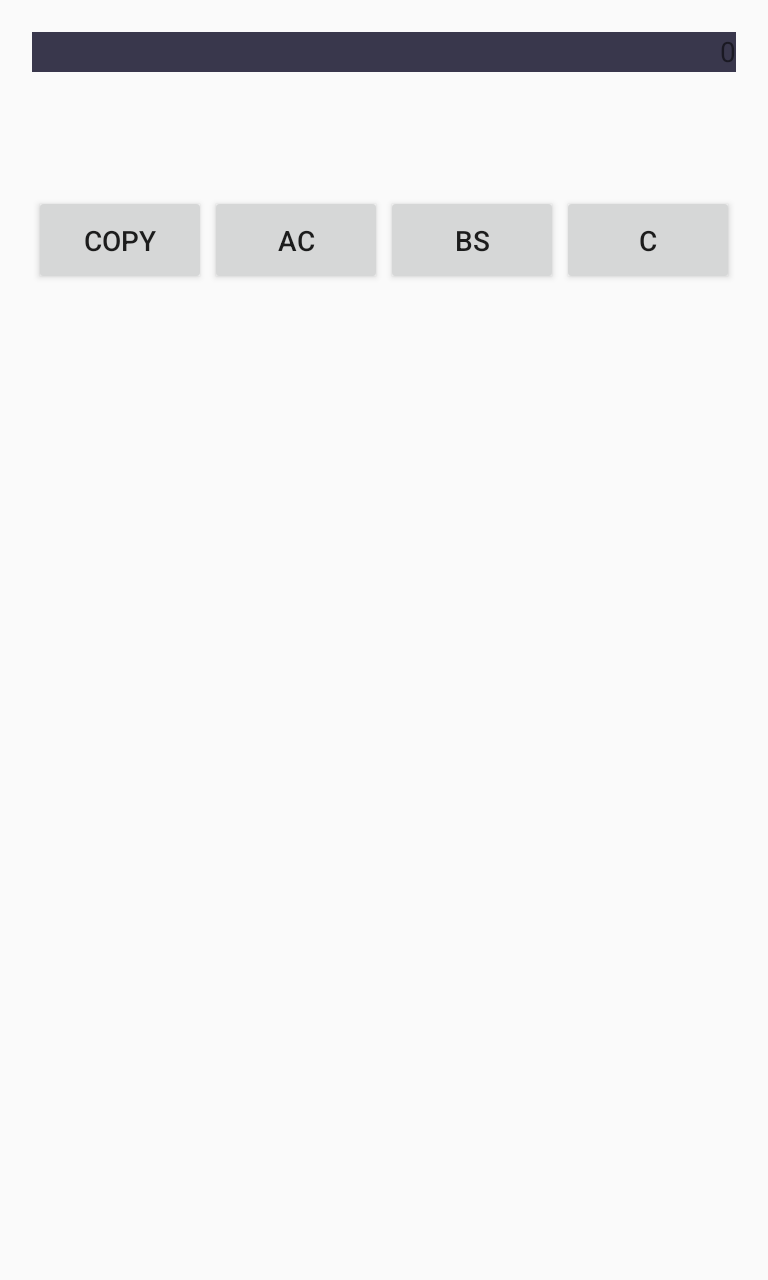
Repository: y-matsumoto/TECH.C-2015
Layout: submit/shokei/java0704/Calculator/res/layout/activity_main.xml
The author's editor kept a copy of each file at every save. The layout is drawn from the files as they stood at one save, then again after a run of saves.
It is drawn on a 768 x 1280 px phone screen (xhdpi) without system bars, with theme AppTheme; the app's code is not run.

Above is the layout before, as saved 2015-07-04 07:13:15.

### submit/shokei/java0704/Calculator/res/layout/activity_main.xml
<RelativeLayout xmlns:android="http://schemas.android.com/apk/res/android"
    xmlns:tools="http://schemas.android.com/tools"
    android:layout_width="match_parent"
    android:layout_height="match_parent"
    android:paddingBottom="@dimen/activity_vertical_margin"
    android:paddingLeft="@dimen/activity_horizontal_margin"
    android:paddingRight="@dimen/activity_horizontal_margin"
    android:paddingTop="@dimen/activity_vertical_margin"
    tools:context="com.example.calculator.MainActivity" >

    <TextView
        android:id="@+id/result"
        android:layout_width="match_parent"
        android:layout_height="20dp"
        android:gravity="end"
        android:text="0"
        android:background="#39374C"/>

    <TextView
        android:id="@+id/opera"
        android:layout_width="match_parent"
        android:layout_height="10dp"
        android:layout_below="@+id/result"
        android:text="" />

    <LinearLayout
        android:id="@+id/line1"
        android:layout_width="wrap_content"
        android:layout_height="wrap_content"
        android:layout_below="@+id/opera"
        android:layout_marginTop="50dp"
        android:orientation="horizontal" >

        <Button
            android:id="@+id/Copy"
            android:layout_width="wrap_content"
            android:layout_height="wrap_content"
            android:layout_weight="1"
            android:text="Copy" />

        <Button
            android:id="@+id/AC"
            android:layout_width="wrap_content"
            android:layout_height="wrap_content"
            android:layout_weight="1"
            android:text="AC" />

        <Button
            android:id="@+id/BS"
            android:layout_width="wrap_content"
            android:layout_height="wrap_content"
            android:layout_weight="1"
            android:text="BS" />

        <Button
            android:id="@+id/Clear"
            android:layout_width="wrap_content"
            android:layout_height="wrap_content"
            android:layout_weight="1"
            android:text="C" />
    </LinearLayout>

    <LinearLayout
        android:id="@+id/line2"
        android:layout_width="wrap_content"
        android:layout_height="wrap_content"
        android:layout_below="@+id/line1"
        android:layout_marginTop="50dp"
        android:orientation="horizontal" >
    </LinearLayout>

    <LinearLayout
        android:id="@+id/line3"
        android:layout_width="wrap_content"
        android:layout_height="wrap_content"
        android:layout_below="@+id/line2"
        android:layout_marginTop="50dp"
        android:orientation="horizontal" >
    </LinearLayout>

    <LinearLayout
        android:id="@+id/line4"
        android:layout_width="wrap_content"
        android:layout_height="wrap_content"
        android:layout_below="@+id/line3"
        android:layout_marginTop="50dp"
        android:orientation="horizontal" >
    </LinearLayout>

</RelativeLayout>

Loaded but not shown: submit/shokei/java0704/Calculator/res/values/styles.xml (common file); submit/shokei/java0704/Calculator/res/values-v11/styles.xml (common file); submit/shokei/java0704/Calculator/res/values-v14/styles.xml (common file); submit/shokei/java0704/Calculator/res/values/dimens.xml (common file); submit/shokei/java0704/Calculator/res/values-w820dp/dimens.xml (common file)

After the next 2 saves:
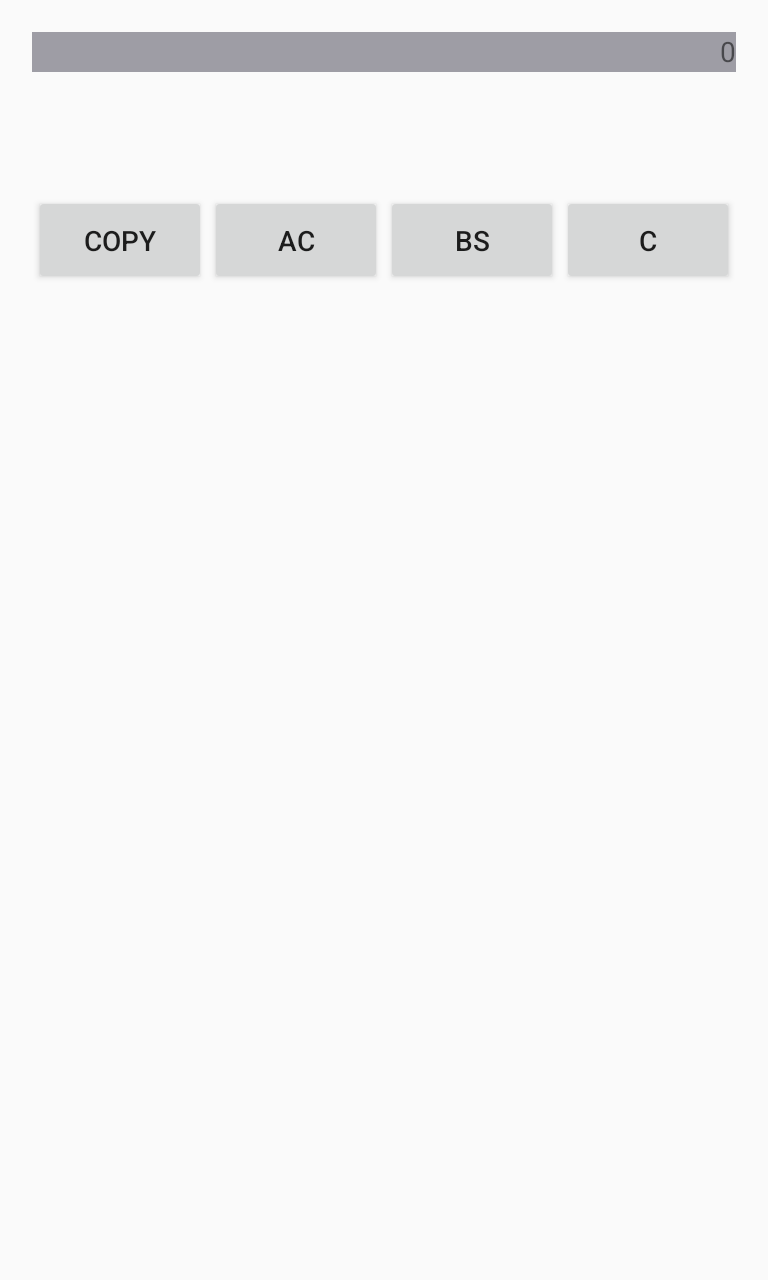
The 2 saves are shown as one change because they came seconds apart.
The last was saved 38 s later.
--- a/submit/shokei/java0704/Calculator/res/layout/activity_main.xml
+++ b/submit/shokei/java0704/Calculator/res/layout/activity_main.xml
@@ -14,7 +14,7 @@
         android:layout_height="20dp"
         android:gravity="end"
         android:text="0"
-        android:background="#39374C"/>
+        android:background="#9E9DA5"/>
 
     <TextView
         android:id="@+id/opera"
